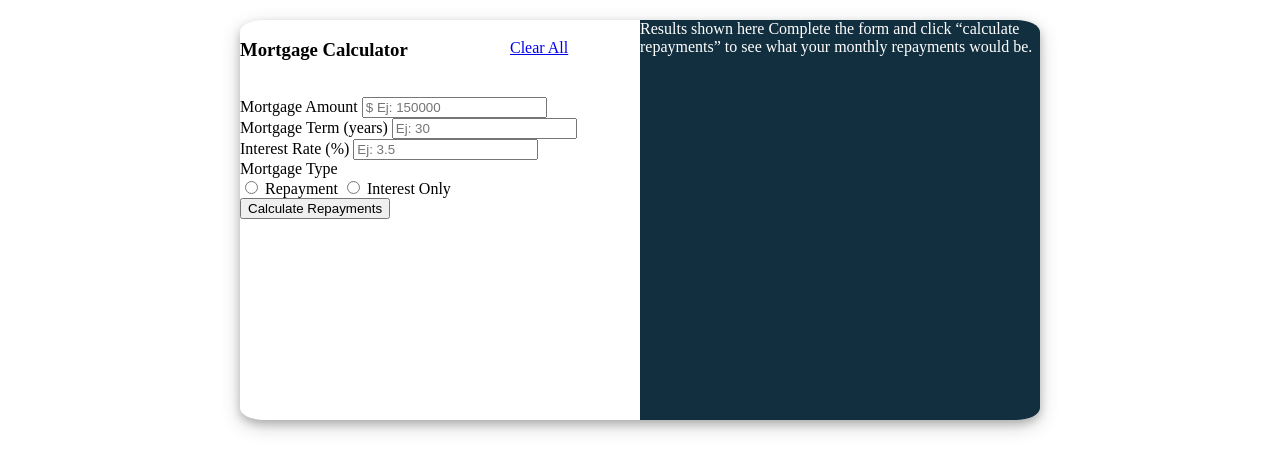
Repository: GravielPV/Mortgage-repayment-calculator
Page: index.html
These files come from the project's save history. The page is drawn as it stood at one moment and after a run of saves; the edit follows.
The browser window is 1280 px wide. The pictures show the whole page.

Above is the page before, as saved 2025-12-11 17:09:41.

### index.html
<!DOCTYPE html>
<html lang="en">
<head>
  <meta charset="UTF-8">
  <meta name="viewport" content="width=device-width, initial-scale=1.0"> <!-- displays site properly based on user's device -->

  <link rel="icon" type="image/png" sizes="32x32" href="./assets/images/favicon-32x32.png">
  <link rel="stylesheet" href="styles.css">
  <title>Frontend Mentor | Mortgage repayment calculator</title>


</head>
<body>
  <div class="carta">



  <div class="lado-izquierdo">

    <div class="header-form">
      <h3>Mortgage Calculator</h3>
      <a href="#" id="clear-all">Clear All</a>
    </div>

    <form id="mortgage-form">

      <!-- Mortgage Amount -->
      <div class="campo">
        <label for="input-mortgage">Mortgage Amount</label>
        <input
          type="number"
          id="input-mortgage"
          name="mortgage"
          placeholder="$ Ej: 150000">
      </div>

      <!-- Mortgage Term & Interest Rate -->
      <div class="grupo-doble">
        <div class="campo">
          <label for="input-term">Mortgage Term (years)</label>
          <input
            type="number"
            id="input-term"
            name="term"
            placeholder="Ej: 30">
        </div>

        <div class="campo">
          <label for="input-interest">Interest Rate (%)</label>
          <input
            type="number"
            step="0.01"
            id="input-interest"
            name="interest"
            placeholder="Ej: 3.5">
        </div>
      </div>

      <!-- Mortgage Type -->
      <div class="campo">
        <label>Mortgage Type</label>

        <div class="radios">
          <label class="radio-op">
            <input type="radio" name="mortgage-type" value="repayment">
            Repayment
          </label>

          <label class="radio-op">
            <input type="radio" name="mortgage-type" value="interest-only">
            Interest Only
          </label>
        </div>
      </div>

      <!-- Botón -->
      <div class="boton">
        <button type="submit">Calculate Repayments</button>
      </div>

    </form>

  </div>




  <!-- Empty results start -->

  <div class="lado derecho">

  Results shown here

  Complete the form and click “calculate repayments” to see what
  your monthly repayments would be.
  </div>

  <!-- Empty results end -->

  <!-- Completed results start -->

  <div class="resultado">
  Your results

  Your results are shown below based on the information you provided.
  To adjust the results, edit the form and click “calculate repayments” again.

  Your monthly repayments

  Total you'll repay over the term
  </div>

</div>

<!-- Completed results end -->

</body>
</html>

### styles.css
.carta{
    width: 800px;
    height: 400px;
display: flex;
margin: 20px auto;
border-radius: 3%;
 overflow: hidden;
 justify-content: space-between;
box-shadow: 0 4px 8px 0 rgba(0, 0, 0, 0.2), 0 6px 20px 0 rgba(0, 0, 0, 0.19);

}

.lado{
     width: 50%;
    display: flex;
    flex-direction: column;
}

.izquierdo{
margin: auto;
    background-color: rgb(202, 49, 49);
}

.derecho{

    background-color: hsl(202, 55%, 16%);
    color: white;
}

.resultado{
    display: none;
}

a{
   position: relative;
    top: -40px;
    left: 270px;

    }

After the next 2 saves:
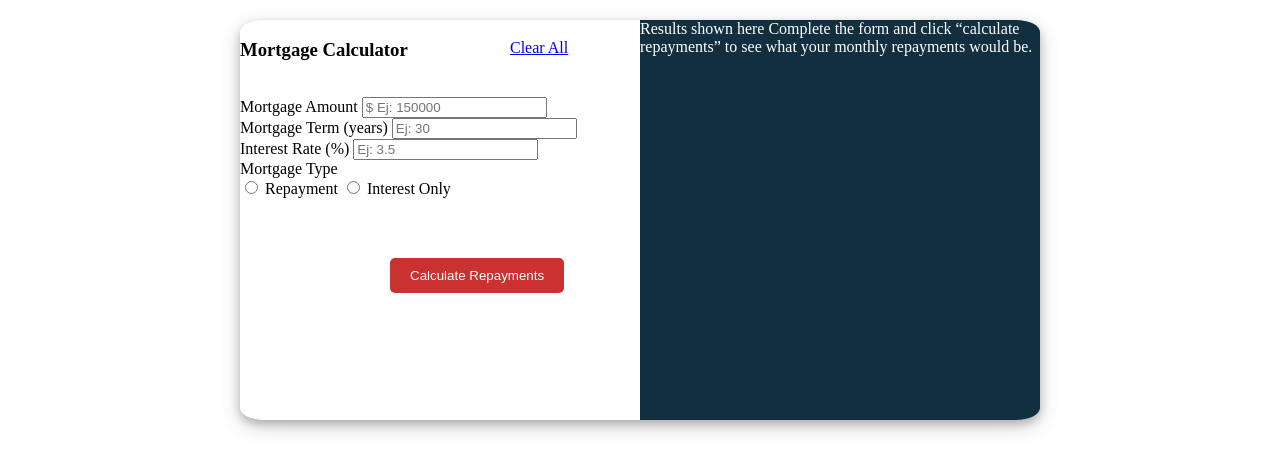
The 2 saves are shown as one change because they came seconds apart.
The last was saved 66 s later.
--- a/styles.css
+++ b/styles.css
@@ -37,3 +37,15 @@ a{
     left: 270px;
 
     }
+
+    button{
+        position: relative;
+        top: 60px;
+        left: 150px;
+        padding: 10px 20px;
+        background-color: rgb(202, 49, 49);
+        border: none;
+        color: white;
+        border-radius: 5px;
+        cursor: pointer;
+    }
